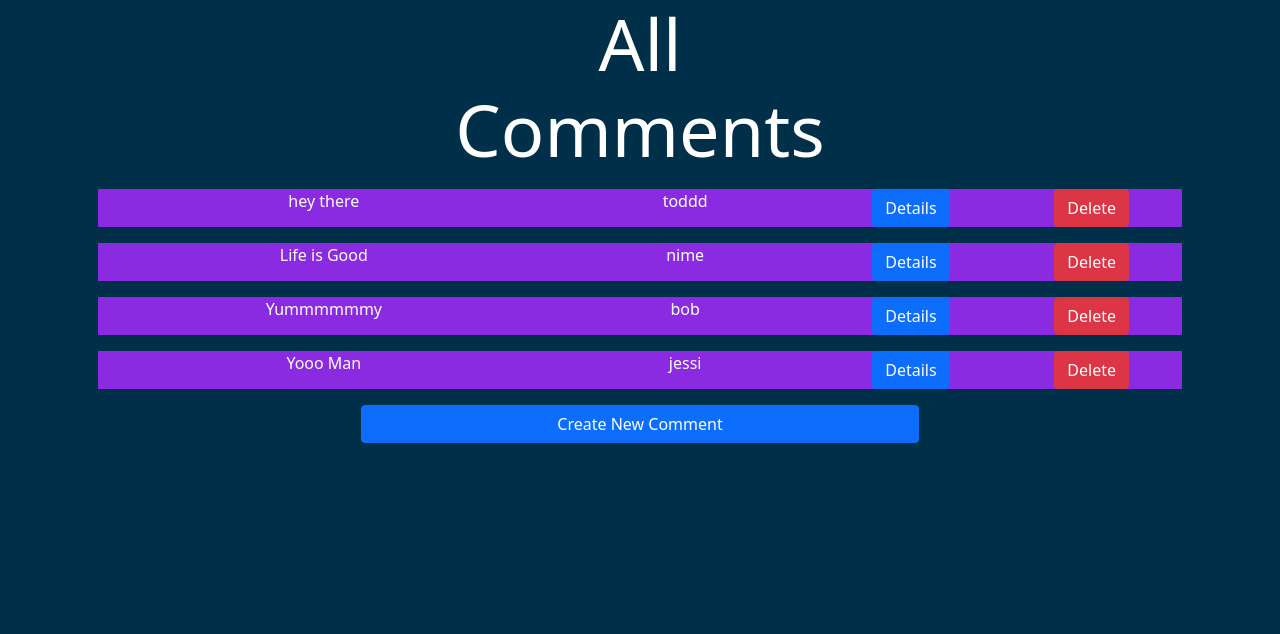
Repository: uditjain100/JavaScript-for-Web
Page: http://localhost/comments
An editor plug-in stored every save of this project. The page is shown before and after the next save, followed by the edit.
The browser window is 1280 px wide. The pictures show the whole page.
The page is served by the project's Node server (17.REST/index.js).

Above is the page before, as saved 2021-01-30 01:59:56.

### 17.REST/views/home.ejs
<!DOCTYPE html>
<html lang="en">
  <head>
    <meta charset="UTF-8" />
    <meta name="viewport" content="width=device-width, initial-scale=1.0" />
    <title>All Comments</title>
    <link
      href="https://cdn.jsdelivr.net/npm/bootstrap@5.0.0-beta1/dist/css/bootstrap.min.css"
      rel="stylesheet"
      integrity="sha384-giJF6kkoqNQ00vy+HMDP7azOuL0xtbfIcaT9wjKHr8RbDVddVHyTfAAsrekwKmP1"
      crossorigin="anonymous"
    />
  </head>
  <body style="background-color: #003049; color: white">
    <div class="container">
      <h2 class="display-2 d-grid col-5 mx-auto" style="text-align: center">
        All Comments
      </h2>

      <% for(var comment of comments) { %>
      <div
        class="row mt-3 mb-3 ms-3 me-3"
        style="text-align: center; background-color: blueviolet"
        ;
      >
        <div class="col-5">
          <span><%= comment.comment %> </span>
        </div>
        <div class="col-3">
          <span><%= comment.username %> </span>
        </div>
        <div class="col-2">
          <a href="/comment/<%= comment.id %> " class="btn btn-primary"
            >Details</a
          >
        </div>
        <div class="col-2">
          <a class="btn btn-danger">Delete</a>
        </div>
      </div>
      <% } %>
      <div class="d-grid col-6 mx-auto mt-3">
        <a href="/comment/create" class="btn btn-primary">Create New Comment</a>
      </div>
    </div>
  </body>
</html>

### 17.REST/index.js
const express = require("express");
const app = express();
const path = require("path");
const { v4: uuid } = require("uuid");

var comments = [
  { id: uuid(), username: "toddd", comment: "hey there" },
  { id: uuid(), username: "nime", comment: "Life is Good" },
  { id: uuid(), username: "bob", comment: "Yummmmmmy" },
  { id: uuid(), username: "jessi", comment: "Yooo Man" },
];

app.use(express.urlencoded({ extended: true }));
app.use(express.json());
app.set("views", path.join(__dirname, "views"));
app.set("view engine", "ejs");

app.get("/comments", (req, res) => {
  res.render("home.ejs", { comments });
});

app.get("/comment/create", (req, res) => {
  res.render("create.ejs");
});

app.post("/comments", (req, res) => {
  const { username, comment } = req.body;
  comments.push({ username, comment, id: uuid() });
  // res.render("home.ejs", { comments });
  res.redirect("/comments");
});

app.get("/comment/:id", (req, res) => {
  const { id } = req.params;
  const comment = comments.find((comment) => comment.id === id);
  res.render("details.ejs", { comment });
});

app.get("/comment/:id/update", (req, res) => {
  const { id } = req.params;
  const comment = comments.find((comment) => comment.id === id);
  console.log(comment);
  // res.render("update.ejs", { comment });
});

app.get("/tacos", (req, res) => {
  res.send("GET /tacos response");
});

app.post("/tacos", (req, res) => {
  const { author, post } = req.body;
  console.log(req.body);
  res.send("Post : " + post + "  and   author : " + author);
});

app.listen(3000, () => {
  console.log("Server got Started !!");
});

After the next save:
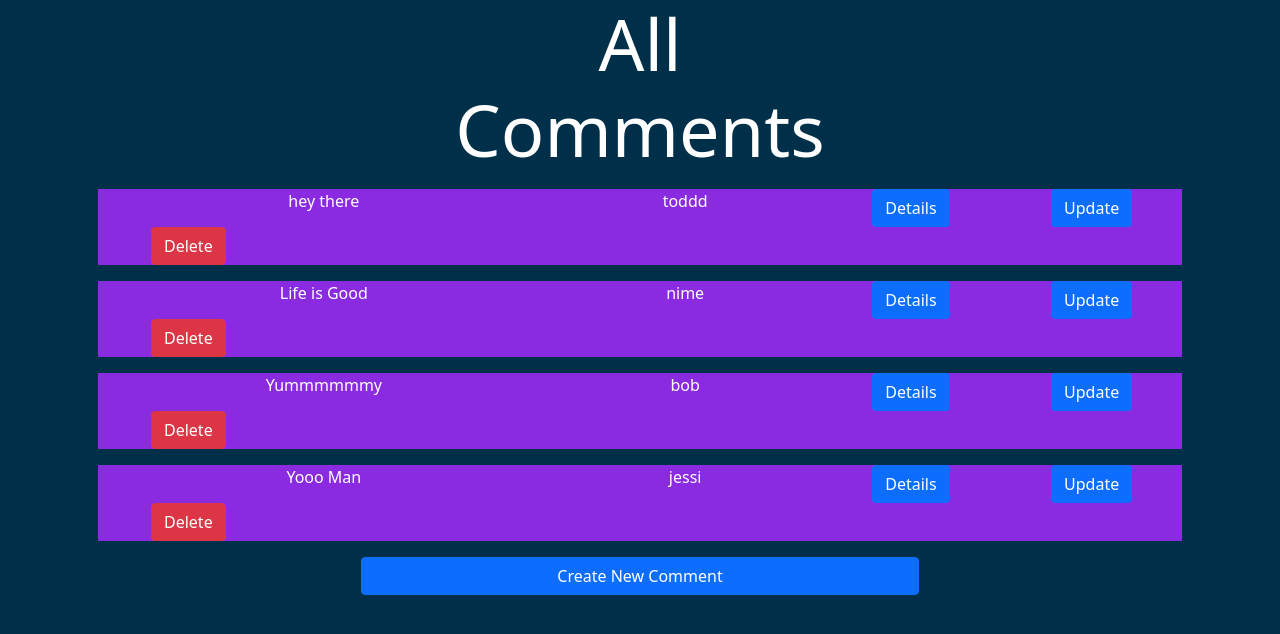
Saved 41 s later.
--- a/17.REST/views/home.ejs
+++ b/17.REST/views/home.ejs
@@ -35,6 +35,11 @@
           >
         </div>
         <div class="col-2">
+          <a href="/comment/<%= comment.id %> /update" class="btn btn-primary"
+            >Update</a
+          >
+        </div>
+        <div class="col-2">
           <a class="btn btn-danger">Delete</a>
         </div>
       </div>
